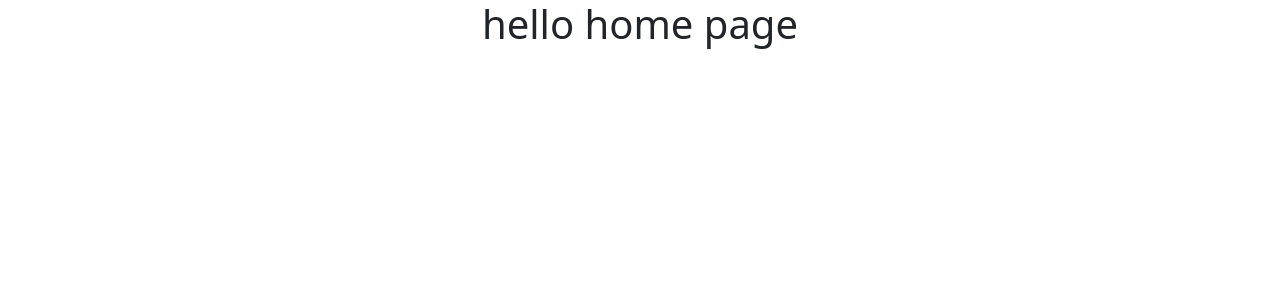
Repository: mdrubel02/try-your-luck
Page: /
An editor plug-in stored every save of this project. The page is shown before and after the next save, followed by the edit.
The browser window is 1280 px wide. The pictures show the whole page.
The project was rebuilt for these pictures with package versions that can differ from the ones it lists, and the page was loaded fresh each time.

Above is the page before, as saved 2022-10-13 13:31:37.

### src/App.js
import logo from './logo.svg';
import './App.css';

function App() {
  return (
    <div className="App">
     <h1>hello home page</h1>
    </div>
  );
}

export default App;

### src/Components/Shop/Shop.js
import React from 'react';

const Shop = () => {
    return (
        <div>
            <h1>this shop page</h1>
        </div>
    );
};

export default Shop;

Loaded but not shown: public/index.html (common file); src/index.js (common file); src/index.css (common file); src/reportWebVitals.js (common file); src/App.css (common file)

After the next save:
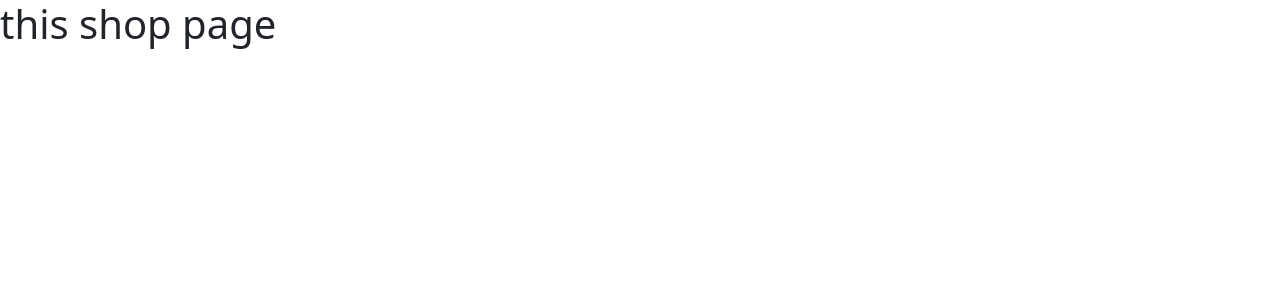
Saved 17 s later.
--- a/src/App.js
+++ b/src/App.js
@@ -1,10 +1,11 @@
 import logo from './logo.svg';
 import './App.css';
+import Shop from './Components/Shop/Shop';
 
 function App() {
   return (
-    <div className="App">
-     <h1>hello home page</h1>
+    <div>
+      <Shop />
     </div>
   );
 }
